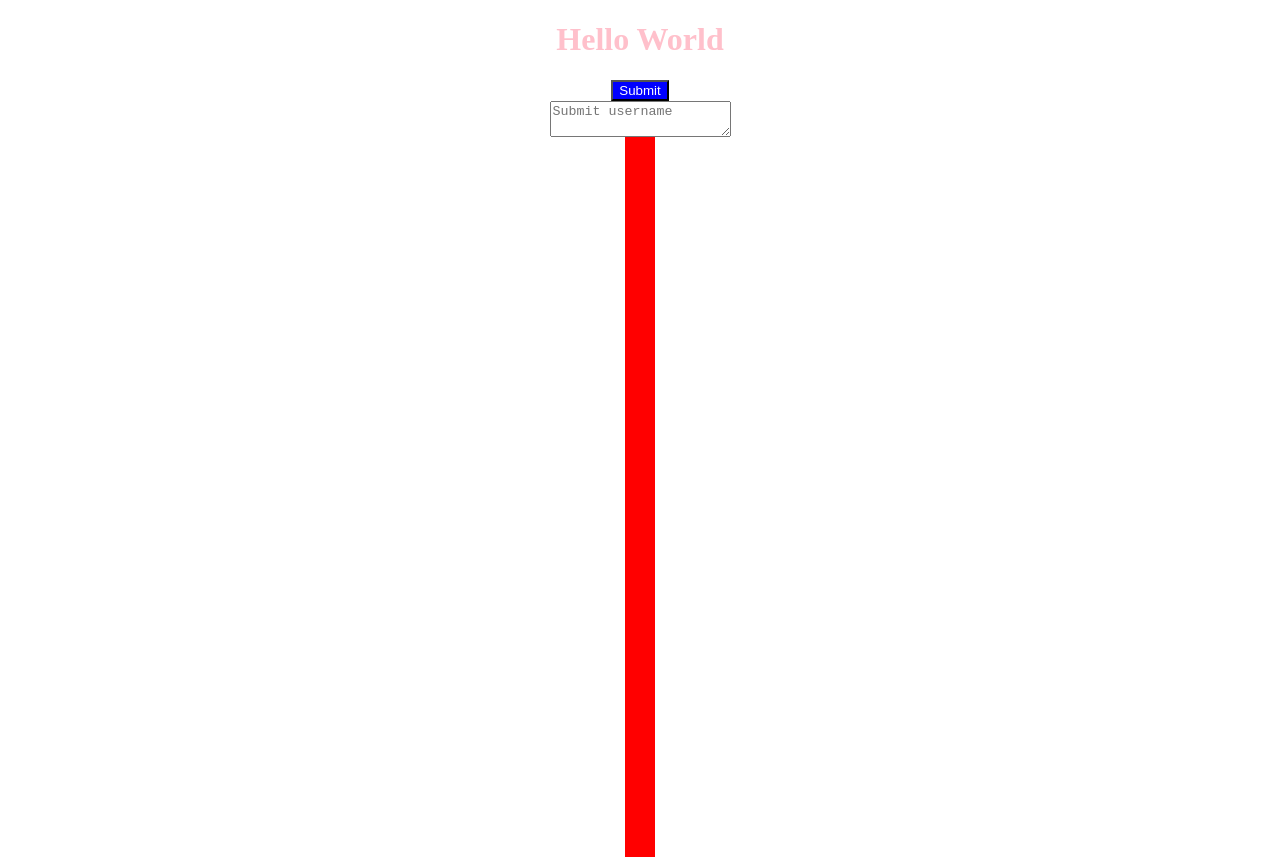
Repository: Flamemaster921/Feature-Showcase
Page: Index/firstPage/Website.html
The author's editor kept a copy of each file at every save. The page is drawn from the files as they stood at one save, then again after the next save.
The browser window is 1280 px wide. The pictures show the whole page.

Above is the page before, as saved 2025-12-15 12:46:59.

### Index/firstPage/Website.html
<!DOCTYPE html>
<html lang="en">
<head>
    <meta charset="UTF-8">
    <meta name="viewport" content="width=device-width, initial-scale=1.0">
    <title>New Start</title>
    <link rel="stylesheet" href="Design.css">
    <script src="System.js" defer></script>
</head>
<body>
    <h1 class="titleCard">Hello World</h1>

    <button id="submitButton" class="primary-btn">Submit</button>

    <textarea id="usernameBox" class="text-input" placeholder="Submit username"></textarea>

    <div class="color-bar"></div>

</body>

### Index/firstPage/Design.css
.titleCard {
    display: flex;
    flex-direction: column;
    align-items: center;
    left: auto;
    color: pink;

    z-index: 1;
}

.primary-btn {
    position: relative;
    display: block;

    left: 0%;
    top: auto;
    margin: 0 auto;

    background-color: blue;
    color: white;
    z-index: 1;
}

.text-input{
    position: relative;
    display: block;

    left: auto;
    top: auto;
    margin: 0 auto;
    z-index: 2;
}

.color-bar {
    display: flex;
    margin: 0 auto;
    width: 30px;
    height: 100svh;
    background-color: red;
    z-index: 1;
}

### Index/firstPage/System.js
//Submit username
const textarea = document.getElementById("usernameBox");
const button = document.getElementById("submitButton");

button.addEventListener("click", () => {
    textarea.value = "";
});

After the next save:
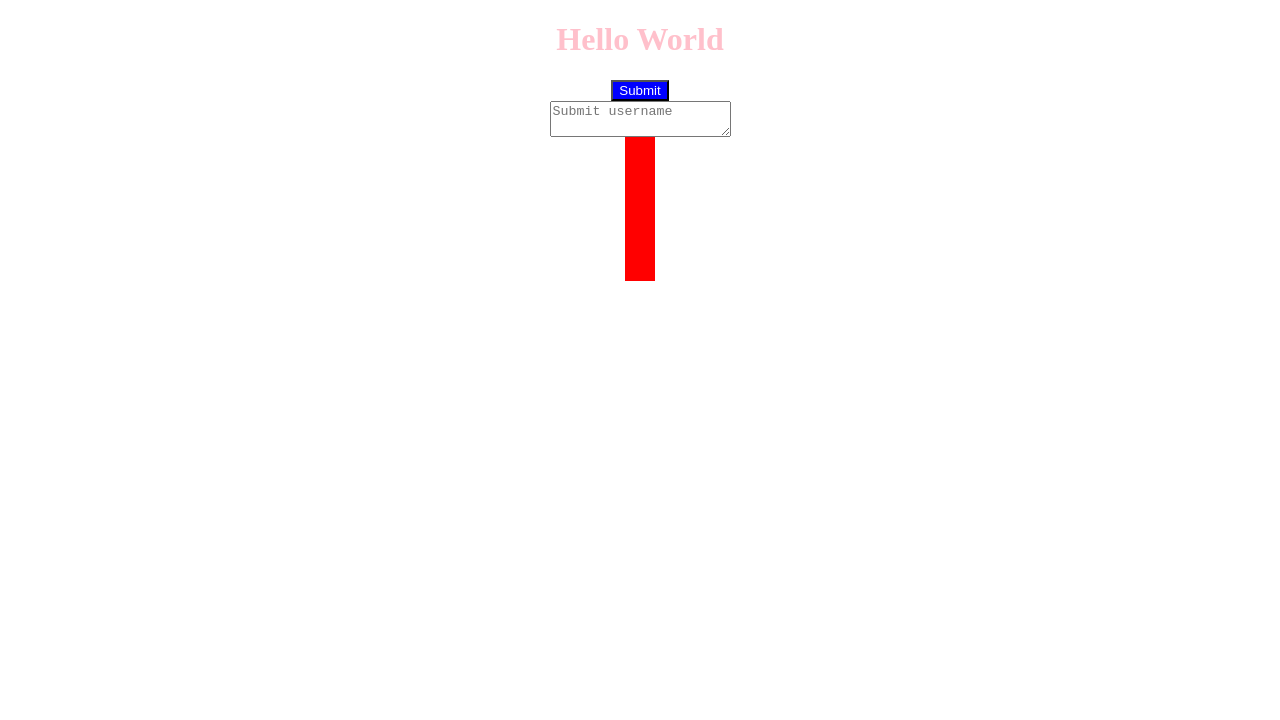
Saved 7 s later.
--- a/Index/firstPage/Design.css
+++ b/Index/firstPage/Design.css
@@ -35,7 +35,7 @@
     display: flex;
     margin: 0 auto;
     width: 30px;
-    height: 100svh;
+    height: 20svh;
     background-color: red;
     z-index: 1;
 }
